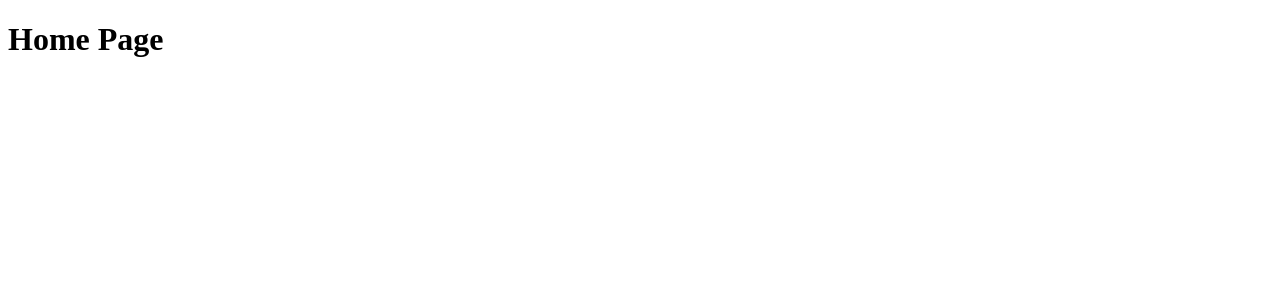
Repository: LudovicARHIMAN/Django-ToDoList
Page: http://localhost/
An editor plug-in stored every save of this project. The page is shown before and after the next save, followed by the edit.
The browser window is 1280 px wide. The pictures show the whole page.
The page is served by the project's application, run on Django 5.2 (mysite/manage.py). Other server files are loaded and not shown.

Above is the page before, as saved 2024-04-25 09:46:39.

### mysite/main/templates/main/home.html
{% extends 'main/base.html' %}

{%block title%}
Home Page
{%endblock%}

{%block content%}
<h1>Home Page</h1>
{{name}}

{%endblock%}

### mysite/main/templates/main/base.html
<!DOCTYPE html>
<html lang="fr">
<head>
    <meta charset="UTF-8">
    <title>{%block title%}Page de Base{%endblock%}</title>
</head>
<body>
    <div class="sidenav" >
        <a href="/home"></a>
    </div>
    <div id="content", name="content">
        {%block content%}

        {%endblock%}
    </div>

</body>
</html>

### mysite/main/views.py
from django.shortcuts import render
from django.http import HttpResponse, HttpResponseRedirect
from .models import ToDoList, Item
from .forms import CreateNewList
from django.views import View

def index(response, id):
    ls = ToDoList.objects.get(id=id)

    if response.method == "POST":
        print(response.POST)
        if response.POST.get("save"):
            for item in ls.item_set.all():
                if response.POST.get("c" + str(item.id)) == "clicked":
                    item.complete = True
                else:
                    item.complete = False

                item.save()
        elif response.POST.get("newItem"):
            txt = response.POST.get("new")
            if len(txt) > 2:
                ls.item_set.create(text=txt, complete=False)
            else:
                print("error")


    return render(response, 'main/list.html', {"ls":ls})

def home(response):
    return render(response, 'main/home.html')

def create(response):
    if response.method == "POST":
        form = CreateNewList(response.POST)

        if form.is_valid():
            n = form.cleaned_data["name"]
            t = ToDoList(name=n)
            t.save()
        return HttpResponseRedirect("/%i"  %t.id)
    else:
        form = CreateNewList()
    return render(response, 'main/create.html', {"form":form})

### mysite/mysite/urls.py
"""
URL configuration for mysite project.

The `urlpatterns` list routes URLs to views. For more information please see:
    https://docs.djangoproject.com/en/5.0/topics/http/urls/
Examples:
Function views
    1. Add an import:  from my_app import views
    2. Add a URL to urlpatterns:  path('', views.home, name='home')
Class-based views
    1. Add an import:  from other_app.views import Home
    2. Add a URL to urlpatterns:  path('', Home.as_view(), name='home')
Including another URLconf
    1. Import the include() function: from django.urls import include, path
    2. Add a URL to urlpatterns:  path('blog/', include('blog.urls'))
"""
from django.contrib import admin
from django.urls import path, include

urlpatterns = [
    path('admin/', admin.site.urls),
    path('',include('main.urls'))

]

### mysite/main/urls.py
from django.urls import path
from . import views

urlpatterns = [
    path("<int:id>",views.index, name="index"),
    path("",views.home, name="home"),
    path("create/",views.create, name="create"),
]

After the next save:
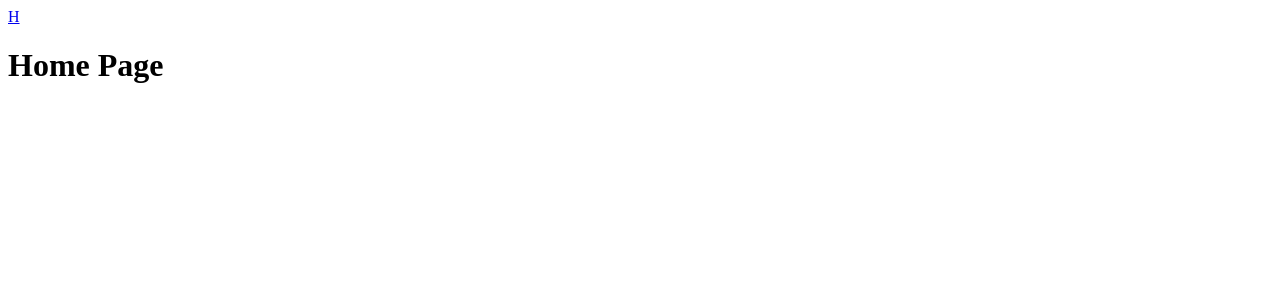
Saved 13 s later.
--- a/mysite/main/templates/main/base.html
+++ b/mysite/main/templates/main/base.html
@@ -6,7 +6,7 @@
 </head>
 <body>
     <div class="sidenav" >
-        <a href="/home"></a>
+        <a href="/home">H</a>
     </div>
     <div id="content", name="content">
         {%block content%}
